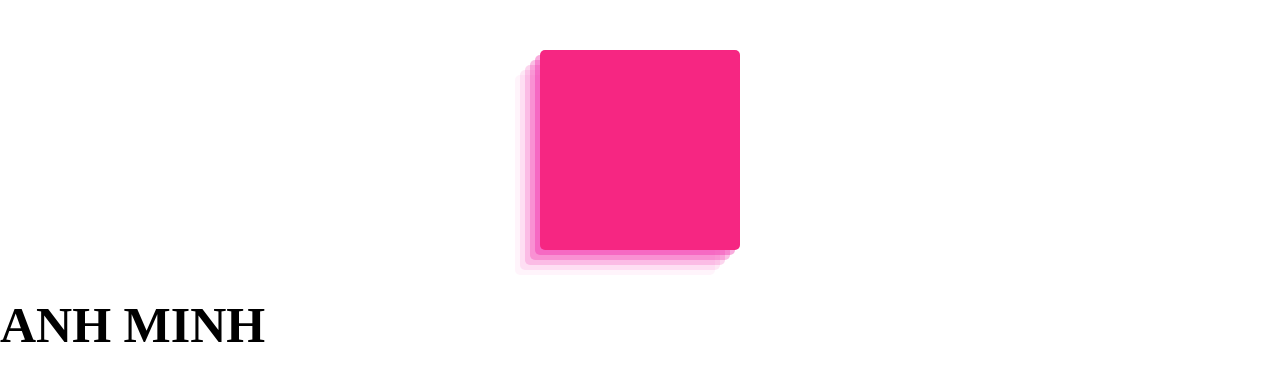
Repository: DQNam2202/HTML_CSS_Basic
Page: Chuong-03/index.html
An editor plug-in stored every save of this project. The page is shown before and after the next save, followed by the edit.
The browser window is 1280 px wide. The pictures show the whole page.

Above is the page before, as saved 2021-09-03 19:19:41.

After the next save:
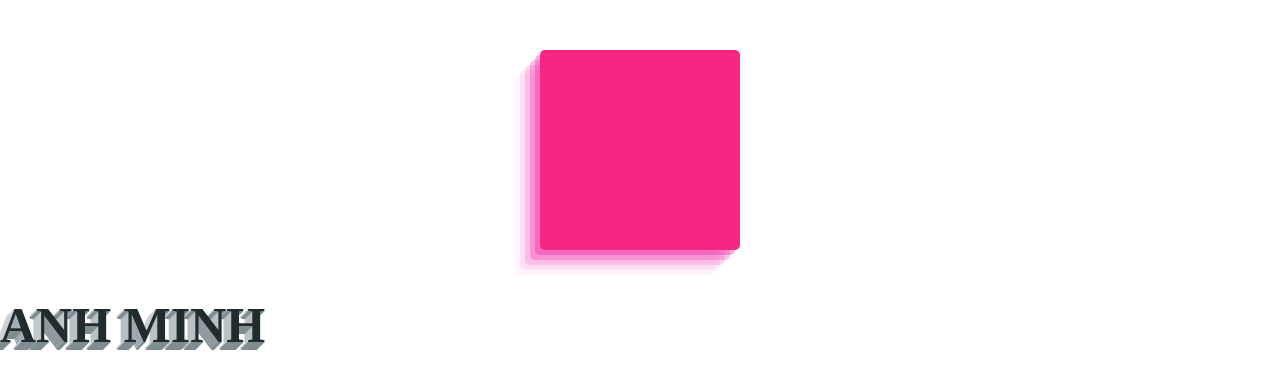
Saved 89 s later.
--- a/Chuong-03/style.css
+++ b/Chuong-03/style.css
@@ -129,5 +129,24 @@
   color: #000;
   font-weight: bold;
   line-height: inherit;
-  text-shadow: ;
+  color: #202c2d;
+  background: #FFFFFF;
+  text-shadow: 0 1px #808d93,
+    -1px 0 #cdd2d5,
+    -1px 2px #808d93,
+    -2px 1px #cdd2d5,
+    -2px 3px #808d93,
+    -3px 2px #cdd2d5,
+    -3px 4px #808d93,
+    -4px 3px #cdd2d5,
+    -4px 5px #808d93,
+    -5px 4px #cdd2d5,
+    -5px 6px #808d93,
+    -6px 5px #cdd2d5,
+    -6px 7px #808d93,
+    -7px 6px #cdd2d5,
+    -7px 8px #808d93,
+    -8px 7px #cdd2d5;
+  color: #202c2d;
+  background: #FFFFFF;
 }
